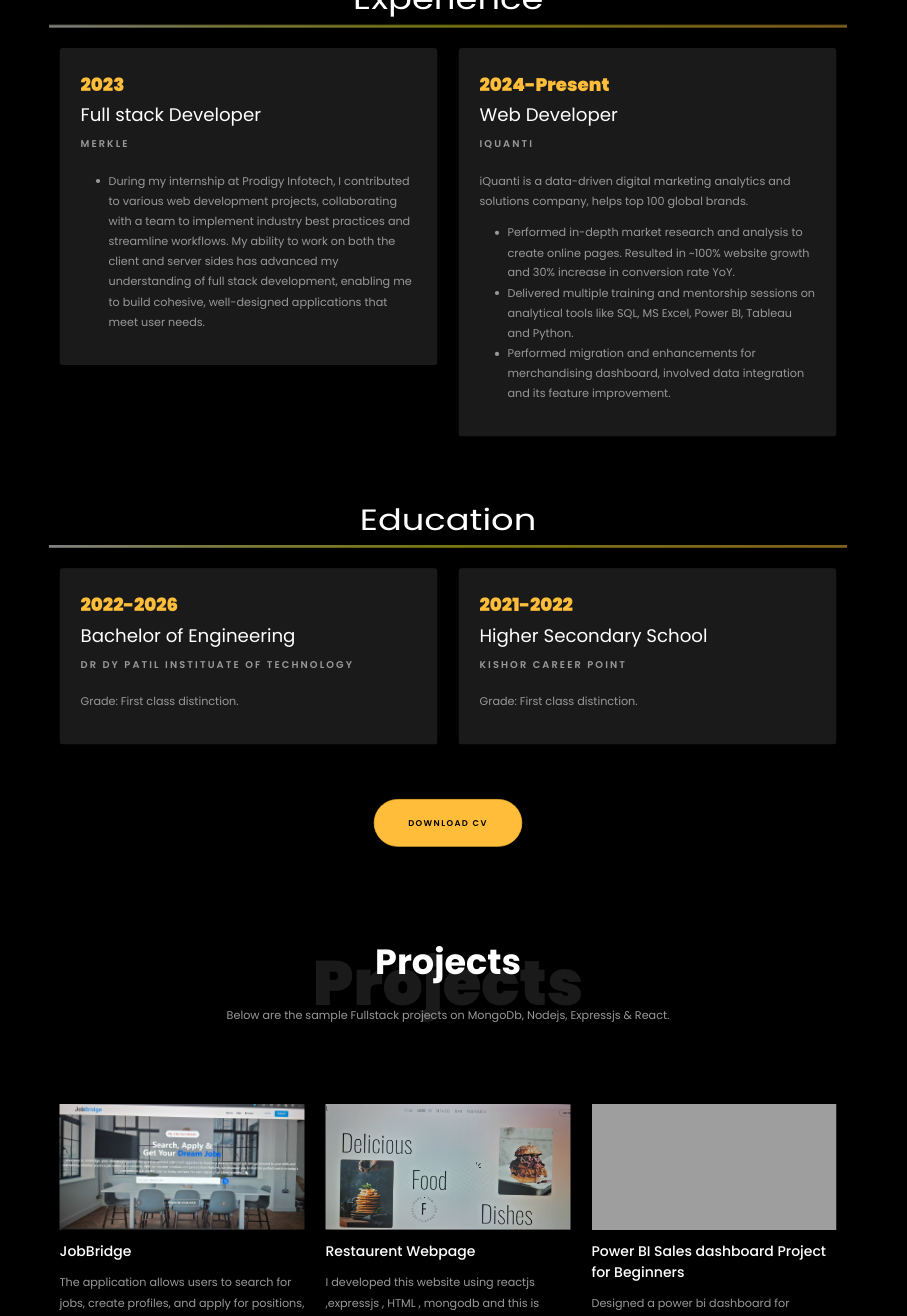
Repository: abp197/portfolio-website
Page: index.html
An editor plug-in stored every save of this project. The page is shown before and after the next save, followed by the edit.
The browser window is 1280 px wide. The page is 1295 px wide, so the pictures cover 1295 px, including what lies to the right of the window. The pictures show the part of the page from y = 2172 to 4052 px (the page is 6538 px tall before and 6464 px after), at 70% of full size.
Pictures or frames that could not be fetched are drawn as grey boxes.

Above is the page before, as saved 2024-10-16 01:00:27.
Console error (its wording comes from the project's code and is left out).

After the next save:
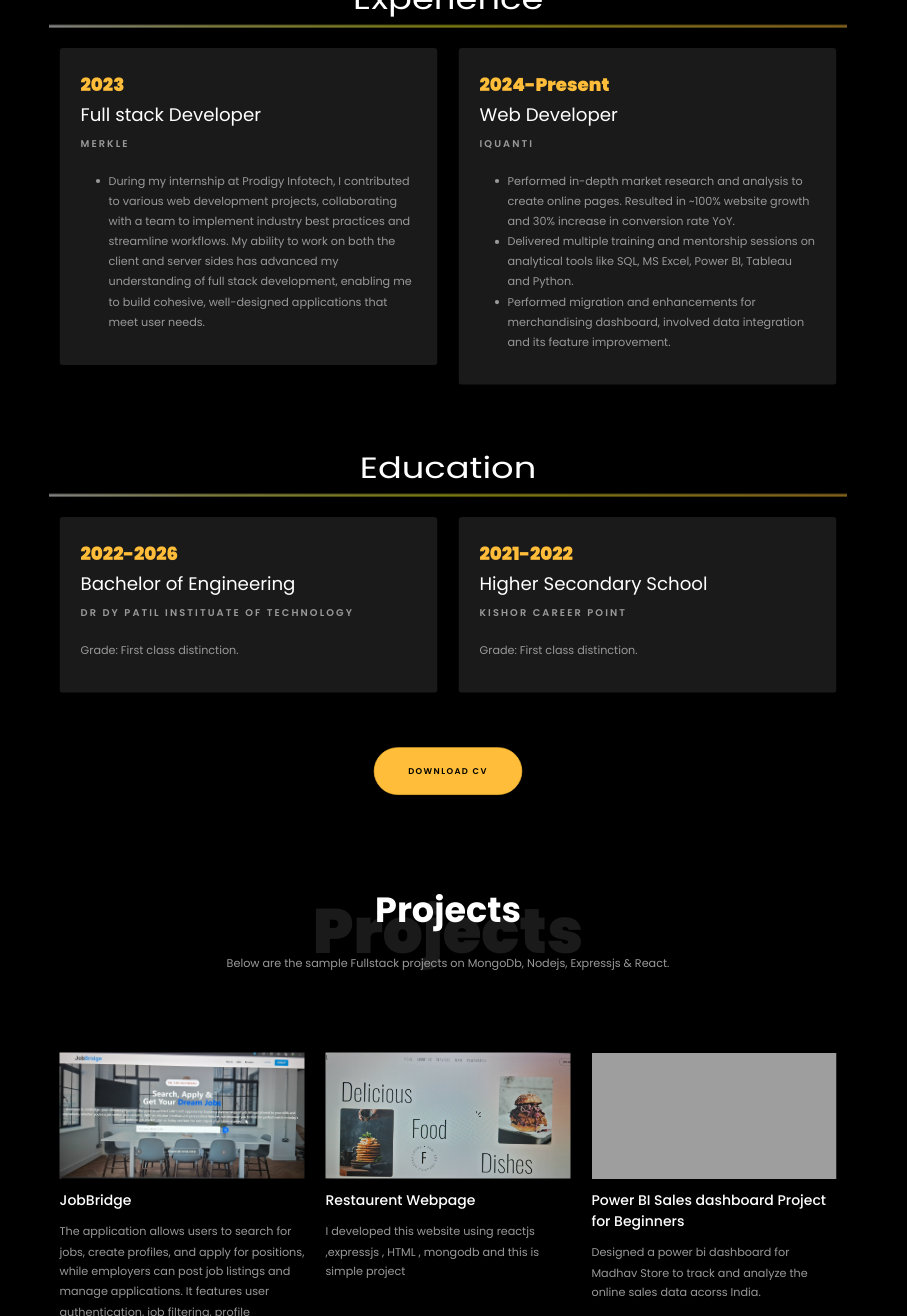
Saved 7 s later.
--- a/index.html
+++ b/index.html
@@ -364,8 +364,7 @@
 						<span class="date">2024-Present</span>
 						<h2>Web Developer</h2>
 						<span class="position">iQuanti</span>
-						<p class="mt-4">iQuanti is a data-driven digital marketing analytics and solutions company,
-							helps top 100 global brands.
+						<p class="mt-4">
 						<ul>
 							<li>Performed in-depth market research and analysis to create online pages. Resulted in
 								~100% website growth and 30% increase in conversion rate YoY.</li>
